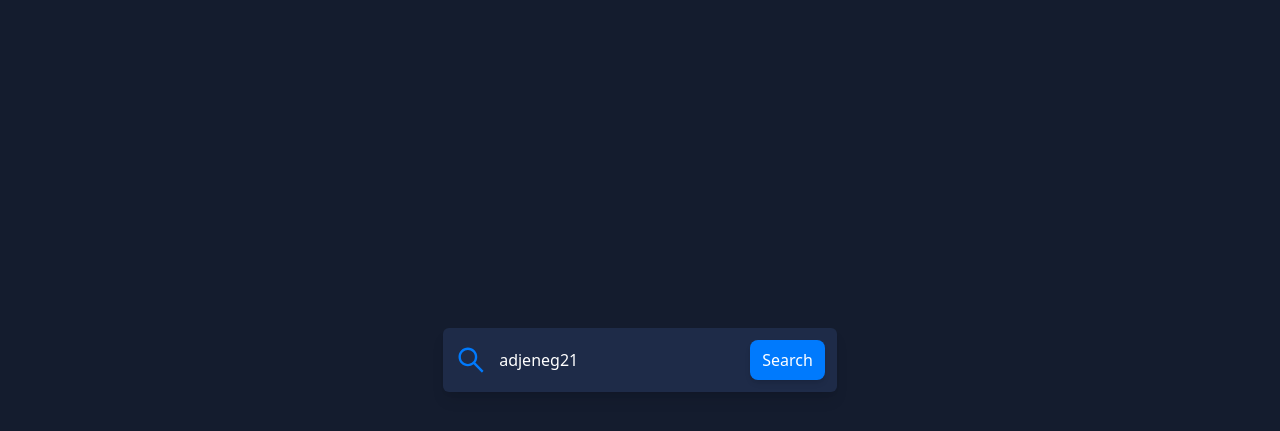
Repository: Gabriel221-dev/Git-Project
Page: /
These files come from the project's save history. The page is drawn as it stood at one moment and after the next save; the edit follows.
The browser window is 1280 px wide. The pictures show the whole page.
The page's requests for data from a server got no answer. The project was rebuilt for these pictures with package versions that can differ from the ones it lists, and the page was loaded fresh each time. No one was signed in, and anything a server would have sent is missing. Also part of the build but not shown: vite.config.js.

Above is the page before, as saved 2024-06-28 12:21:31.

### src/App.jsx
// import { useState } from "react";
// import "./App.css";
// import Search from "./components/Search/Search";
// import Preview from "./components/Preview/Preview";
// import DarkAndLightBtn from "./components/DarkAndLightBtn/DarkAndLightBtn";

// function App() {
//   const [data, setData] = useState({});
//   const [isLoading, setIsLoading] = useState(true);

//   return (
//     <div className="flex flex-col gap-5 h-screen w-full justify-center items-center bg-dark-bg">
//       <div>
//         <DarkAndLightBtn />
//         <Search setData={setData} setIsLoading={setIsLoading} />
//       </div>
//       <div>
//         <Preview
//           avatarUrl={data.avatar_url}
//           blog={data.blog}
//           email={data.email}
//           followers={data.followers}
//           following={data.following}
//           location={data.location}
//           login={data.login}
//           name={data.name}
//           public_repos={data.public_repos}
//           twitter={data.twitter}
//           isLoading={isLoading}
//           bio={data.bio}
//           joinedAt={data.created_at?.split("T")[0]}
//         />
//       </div>
//     </div>
//   );
// }

// export default App;

import { useState } from "react";
import "./App.css";
import Search from "./components/Search/Search";
import Preview from "./components/Preview/Preview";

function App() {
  const [data, setData] = useState(null);
  const [isLoading, setIsLoading] = useState(false);

  return (
    <div className="flex flex-col gap-5 h-screen w-100%  justify-center items-center bg-dark-bg">
      <Search setData={setData} setIsLoading={setIsLoading} />
      {data && (
        <Preview
          avatarUrl={data.avatar_url}
          name={data.name}
          login={data.login}
          public_repos={data.public_repos}
          followers={data.followers}
          following={data.following}
          location={data.location}
          blog={data.blog}
          twitter={data.twitter_username}
          email={data.email}
          isLoading={isLoading}
          bio={data.bio}
          joinedAt={new Date(data.created_at).toLocaleDateString()}
        />
      )}
    </div>
  );
}

export default App;

### src/App.css
#root {
  max-width: auto;
  margin: 0;
  padding: 0rem;
  text-align: center;
}

.logo {
  height: 6em;
  padding: 1.5em;
  will-change: filter;
  transition: filter 300ms;
}
.logo:hover {
  filter: drop-shadow(0 0 2em #646cffaa);
}
/* .logo.react:hover {
  filter: drop-shadow(0 0 2em #61dafbaa);
} */

@keyframes logo-spin {
  from {
    transform: rotate(0deg);
  }
  to {
    transform: rotate(360deg);
  }
}

@media (prefers-reduced-motion: no-preference) {
  a:nth-of-type(2) .logo {
    animation: logo-spin infinite 20s linear;
  }
}

.card {
  padding: 2em;
}

.read-the-docs {
  color: #888;
}

### src/components/Search/Search.jsx
import React, { useEffect, useState } from "react";

function Search({ setData, setIsLoading }) {
  const [userName, setUserName] = useState("adjeneg21");
  const [error, setError] = useState("");
  const handleClick = async () => {
    setIsLoading(true);
    setError("");
    const data = await fetch(`https://api.github.com/users/${userName}`);
    if (!data.ok) {
      if (data.status === 404) {
        throw new Error("user not found");
      } else {
        throw new Error("something went wrong. Please try again");
      }
    }
    const userData = await data.json();
    setData(userData);
    setError(error.message);
    setIsLoading(false);
    console.log(userData);
  };

  useEffect(() => {
    handleClick();
  }, []);
  return (
    <div className="flex bg-dark-gray p-3 gap-5 rounded-md shadow-lg ">
      <div className="flex items-center gap-3">
        <span>
          {" "}
          <svg
            className="text-dark-blue"
            viewBox="0 0 1024 1024"
            fill="currentColor"
            height="2em"
            width="2em"
          >
            <path d="M909.6 854.5L649.9 594.8C690.2 542.7 712 479 712 412c0-80.2-31.3-155.4-87.9-212.1-56.6-56.7-132-87.9-212.1-87.9s-155.5 31.3-212.1 87.9C143.2 256.5 112 331.8 112 412c0 80.1 31.3 155.5 87.9 212.1C256.5 680.8 331.8 712 412 712c67 0 130.6-21.8 182.7-62l259.7 259.6a8.2 8.2 0 0011.6 0l43.6-43.5a8.2 8.2 0 000-11.6zM570.4 570.4C528 612.7 471.8 636 412 636s-116-23.3-158.4-65.6C211.3 528 188 471.8 188 412s23.3-116.1 65.6-158.4C296 211.3 352.2 188 412 188s116.1 23.2 158.4 65.6S636 352.2 636 412s-23.3 116.1-65.6 158.4z" />
          </svg>
        </span>
        <input
          className="bg-transparent outline-none text-white"
          value={userName}
          onChange={(e) => setUserName(e.target.value)}
          type="text"
          placeholder="Search Github Username..."
        />
      </div>
      <div>
        <button
          onClick={handleClick}
          className="bg-dark-blue rounded-lg px-3 py-2 text-white shadow-md "
        >
          Search
        </button>
      </div>
    </div>
  );
}

export default Search;

### tailwind.config.js
/** @type {import('tailwindcss').Config} */
export default {
  content: [
    "./index.html",
    "./src/**/*.{js,ts,jsx,tsx}",
  ],
  theme: {
    extend: {
      colors:{
        "dark-bg":"#141c2e",
        "dark-gray":"#1e2b48",
        "dark-blue":"#007afd",
        "light-green" : "#006400",
      }
    },
  },
  plugins: [],
}

### src/components/DarkAndLightBtn/DarkAndLightBtn.jsx
import React from "react";

const [isDarkMode, setIsDarkMode] = useState(false);

const toggleTheme = () => {
  setIsDarkMode((prevMode) => !prevMode);
};

export default function DarkAndLightBtn() {
  return (
    <div
      className={`App ${
        isDarkMode ? "dark" : ""
      } min-h-screen flex flex-col items-center gap-5`}
    >
      <div
        className={`w-full p-5 ${
          isDarkMode
            ? "bg-dark-background text-dark-text"
            : "bg-light-green text-light-text"
        }`}
      >
        <button
          onClick={toggleTheme}
          className={`${
            isDarkMode
              ? "bg-dark-primary text-dark-text"
              : "bg-light-primary text-light-text"
          } p-2 rounded-md`}
        >
          Switch to {isDarkMode ? "Light" : "Dark"} Mode
        </button>
      </div>
    </div>
  );
}

// <div className="flex items-center gap-2 from-neutral-200">
//   <p>Light</p>
//   <span>
//     <svg
//       viewBox="0 0 1000 1000"
//       fill="currentColor"
//       height="1em"
//       width="1em"
//     >
//       <path d="M950 460c13.333 0 25 4 35 12s15 17.333 15 28c0 26.667-16.667 40-50 40h-48c-33.333 0-50-13.333-50-40 0-10.667 5-20 15-28s21.667-12 35-12h48M500 226c76 0 141 26.667 195 80s81 118 81 194c0 77.333-27 142.667-81 196s-119 80-195 80-140.667-26.667-194-80-80-118.667-80-196c0-76 26.667-140.667 80-194s118-80 194-80m0 474c54.667 0 101.667-19.333 141-58s59-86 59-142c0-54.667-19.667-101.667-59-141s-86.333-59-141-59-101.667 19.667-141 59-59 86.333-59 141c0 56 19.667 103.333 59 142s86.333 58 141 58M150 500c0 26.667-16.667 40-50 40H50c-33.333 0-50-13.333-50-40 0-10.667 5-20 15-28s21.667-12 35-12h50c13.333 0 25 4 35 12s15 17.333 15 28m350-350c-10.667 0-20-5-28-15s-12-21.667-12-35V50c0-13.333 4-25 12-35s17.333-15 28-15c10.667 0 20 5 28 15s12 21.667 12 35v50c0 13.333-4 25-12 35s-17.333 15-28 15m0 700c10.667 0 20 5 28 15s12 21.667 12 35v50c0 13.333-4 25-12 35s-17.333 15-28 15c-10.667 0-20-5-28-15s-12-21.667-12-35v-50c0-13.333 4-25 12-35s17.333-15 28-15m368-660l-34 34c-22.667 22.667-44 25.333-64 8-18.667-18.667-16-40 8-64 2.667-4 14-16 34-36 24-22.667 45.333-24.667 64-6s16 40-8 64M168 778c9.333-10.667 20.333-16.667 33-18 12.667-1.333 22.333 2 29 10 8 8 11.333 18.333 10 31-1.333 12.667-6.667 23.667-16 33l-36 36c-9.333 9.333-20.333 14.667-33 16-12.667 1.333-22.333-2-29-10-20-18.667-18-40 6-64 4-2.667 16-14 36-34m20-646l36 36c24 24 26 45.333 6 64-6.667 6.667-16.333 9.333-29 8-12.667-1.333-23.667-6.667-33-16-20-20-32-31.333-36-34-9.333-9.333-14.667-20.333-16-33-1.333-12.667 2-23 10-31 6.667-8 16.333-11.333 29-10 12.667 1.333 23.667 6.667 33 16m590 702c-24-24-26.667-45.333-8-64s40-16 64 8l34 34c24 24 26.667 45.333 8 64s-40 16.667-64-6c-20-20-31.333-32-34-36" />
//     </svg>
//   </span>
// </div>

### src/components/Preview/Preview.jsx
import React from "react";

function Preview({
  avatarUrl,
  name,
  login,
  public_repos,
  followers,
  following,
  location,
  blog,
  twitter,
  email,
  isLoading,
  bio,
  joinedAt,
}) {
  return (
    <div className="bg-dark-gray p-5 flex text-white justify-center rounded-md ">
      {!isLoading ? (
        <div className="flex flex-col gap-4">
          <div className="flex gap-10 items-center">
            <div>
              <img className="w-28 rounded-full" src={avatarUrl} alt="image" />
            </div>
            <div>
              <h1>{name}</h1>
              <h3 className="text-dark-blue">{login}</h3>
              <p>Joined at {joinedAt}</p>
            </div>
          </div>
          <div>
            <p className="max-w-xs">{bio}</p>
          </div>
          <div className="flex  bg-dark-bg p-3 gap-10 rounded-md ">
            <div>
              <h3>Repos</h3>
              <span>{public_repos}</span>
            </div>
            <div>
              <h3>Followers</h3>
              <span>{followers}</span>
            </div>
            <div>
              <h3>Following</h3>
              <span>{following}</span>
            </div>
          </div>
          <div className="flex flex-col gap-4">
            <div className="flex justify-evenly">
              <div className="flex gap-5 items-center ">
                <span>
                  {" "}
                  <svg
                    viewBox="0 0 500 1000"
                    fill="currentColor"
                    height="1em"
                    width="1em"
                  >
                    <path d="M250 100c69.333 0 128.333 24.333 177 73s73 107.667 73 177c0 70.667-20.667 151.667-62 243s-83.333 165.667-126 223l-62 84c-6.667-8-15.667-19.667-27-35-11.333-15.333-31.333-45-60-89s-54-87.333-76-130-42-91.667-60-147S0 394 0 350c0-69.333 24.333-128.333 73-177s107.667-73 177-73m0 388c37.333 0 69.333-13.333 96-40s40-58.667 40-96-13.333-69-40-95-58.667-39-96-39-69 13-95 39-39 57.667-39 95 13 69.333 39 96 57.667 40 95 40" />
                  </svg>
                </span>
                <span>{location ? location : "Not Found"}</span>
              </div>
              <div className="flex gap-5 items-center">
                <span>
                  {" "}
                  <svg
                    fill="none"
                    stroke="currentColor"
                    strokeLinecap="round"
                    strokeLinejoin="round"
                    strokeWidth={2}
                    viewBox="0 0 24 24"
                    height="1em"
                    width="1em"
                  >
                    <path d="M23 3a10.9 10.9 0 01-3.14 1.53 4.48 4.48 0 00-7.86 3v1A10.66 10.66 0 013 4s-4 9 5 13a11.64 11.64 0 01-7 2c9 5 20 0 20-11.5a4.5 4.5 0 00-.08-.83A7.72 7.72 0 0023 3z" />
                  </svg>
                </span>
                <span>{twitter ? twitter : "Not Found"}</span>
              </div>
            </div>
            <div className="flex justify-evenly">
              <div className="flex gap-5 items-center ">
                <span>
                  <svg
                    viewBox="0 0 1024 1024"
                    fill="currentColor"
                    height="1em"
                    width="1em"
                  >
                    <path d="M574 665.4a8.03 8.03 0 00-11.3 0L446.5 781.6c-53.8 53.8-144.6 59.5-204 0-59.5-59.5-53.8-150.2 0-204l116.2-116.2c3.1-3.1 3.1-8.2 0-11.3l-39.8-39.8a8.03 8.03 0 00-11.3 0L191.4 526.5c-84.6 84.6-84.6 221.5 0 306s221.5 84.6 306 0l116.2-116.2c3.1-3.1 3.1-8.2 0-11.3L574 665.4zm258.6-474c-84.6-84.6-221.5-84.6-306 0L410.3 307.6a8.03 8.03 0 000 11.3l39.7 39.7c3.1 3.1 8.2 3.1 11.3 0l116.2-116.2c53.8-53.8 144.6-59.5 204 0 59.5 59.5 53.8 150.2 0 204L665.3 562.6a8.03 8.03 0 000 11.3l39.8 39.8c3.1 3.1 8.2 3.1 11.3 0l116.2-116.2c84.5-84.6 84.5-221.5 0-306.1zM610.1 372.3a8.03 8.03 0 00-11.3 0L372.3 598.7a8.03 8.03 0 000 11.3l39.6 39.6c3.1 3.1 8.2 3.1 11.3 0l226.4-226.4c3.1-3.1 3.1-8.2 0-11.3l-39.5-39.6z" />
                  </svg>
                </span>
                <span>{blog ? blog : "Not Found"}</span>
              </div>
              <div className="flex gap-5 items-center ">
                <span>
                  <svg
                    viewBox="0 0 24 24"
                    fill="currentColor"
                    height="1em"
                    width="1em"
                  >
                    <path d="M18 8l-8 5-8-5V6l8 5 8-5m0-2H2C.9 4 0 4.9 0 6v12c0 1.1.9 2 2 2h16c1.1 0 2-.9 2-2V6c0-1.1-.9-2-2-2m6 3h-2v6h2V7m0 8h-2v2h2v-2z" />
                  </svg>
                </span>
                <span>{email ? email : "Not Found"}</span>
              </div>
            </div>
          </div>
        </div>
      ) : (
        <p> No user data available</p>
      )}
    </div>
  );
}

export default Preview;

Loaded but not shown: index.html (common file); src/main.jsx (common file); src/index.css (common file)

After the next save:
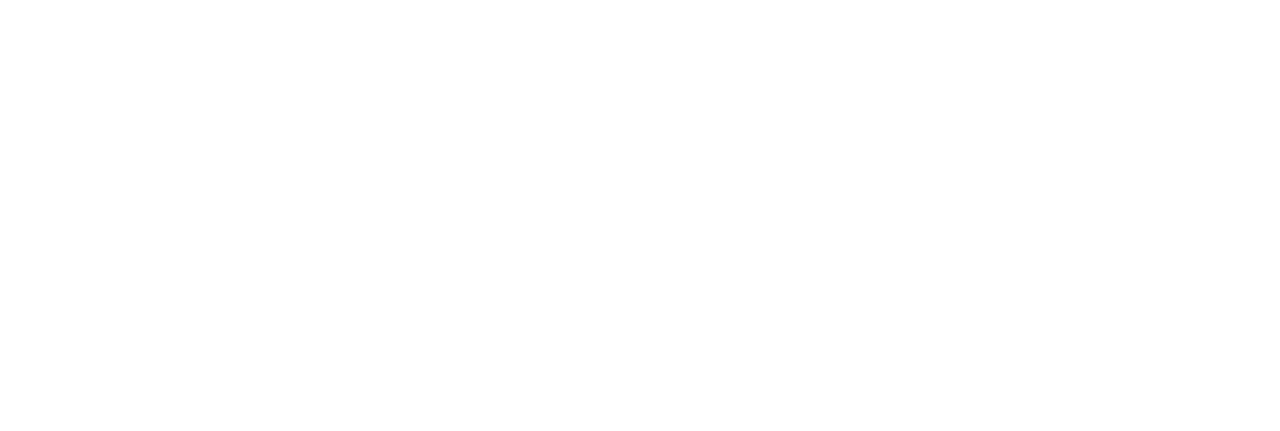
Console error: ReferenceError: useState is not defined
Saved 18 s later.
--- a/src/App.jsx
+++ b/src/App.jsx
@@ -41,6 +41,7 @@
 import "./App.css";
 import Search from "./components/Search/Search";
 import Preview from "./components/Preview/Preview";
+import DarkAndLightBtn from "./components/DarkAndLightBtn/DarkAndLightBtn";
 
 function App() {
   const [data, setData] = useState(null);
@@ -48,6 +49,7 @@
 
   return (
     <div className="flex flex-col gap-5 h-screen w-100%  justify-center items-center bg-dark-bg">
+      <DarkAndLightBtn />
       <Search setData={setData} setIsLoading={setIsLoading} />
       {data && (
         <Preview

After the 4 saves that followed:
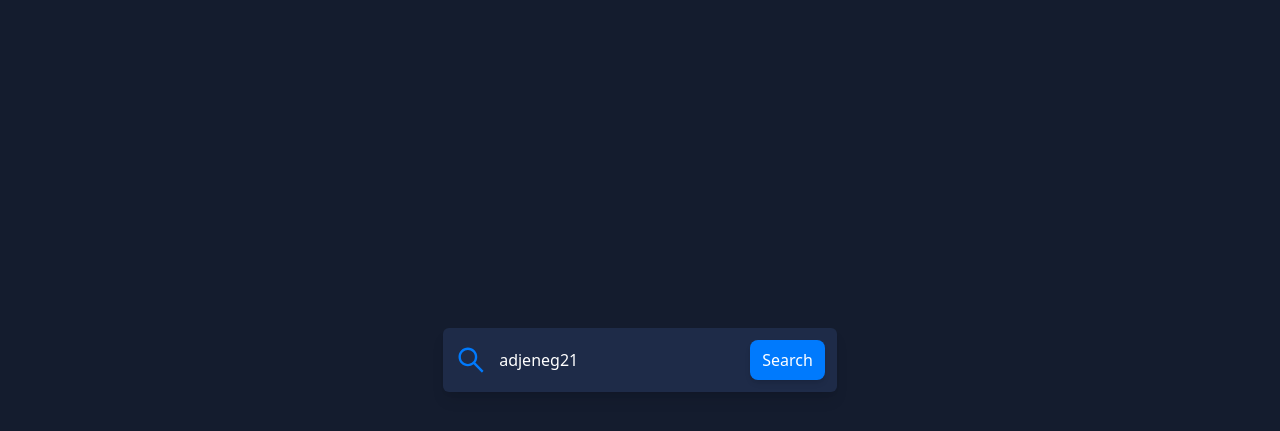
The error is gone.
The 4 saves are shown as one change because 3 left the picture as it was.
The last was saved 3 min 53 s later.
--- a/src/App.jsx
+++ b/src/App.jsx
@@ -41,7 +41,6 @@
 import "./App.css";
 import Search from "./components/Search/Search";
 import Preview from "./components/Preview/Preview";
-import DarkAndLightBtn from "./components/DarkAndLightBtn/DarkAndLightBtn";
 
 function App() {
   const [data, setData] = useState(null);
@@ -49,7 +48,6 @@
 
   return (
     <div className="flex flex-col gap-5 h-screen w-100%  justify-center items-center bg-dark-bg">
-      <DarkAndLightBtn />
       <Search setData={setData} setIsLoading={setIsLoading} />
       {data && (
         <Preview
--- a/src/components/DarkAndLightBtn/DarkAndLightBtn.jsx
+++ b/src/components/DarkAndLightBtn/DarkAndLightBtn.jsx
@@ -1,4 +1,4 @@
-import React from "react";
+import React, { useState } from "react";
 
 const [isDarkMode, setIsDarkMode] = useState(false);
 
